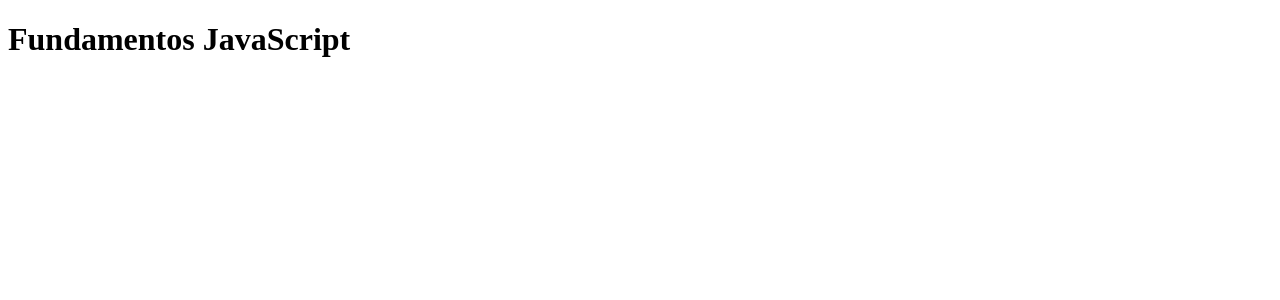
Repository: Kevin8548/FundamentosJS
Page: index.html
These files come from the project's save history. The page is drawn as it stood at one moment and after the next save; the edit follows.
The browser window is 1280 px wide. The pictures show the whole page.

Above is the page before, as saved 2024-09-20 09:26:53.

### index.html
<!DOCTYPE html>
<html lang="en">
<head>
    <meta charset="UTF-8">
    <meta name="viewport" content="width=device-width, initial-scale=1.0">
    <title>Fundamentos JavaScript</title>
</head>
<body>
    <h1>Fundamentos JavaScript</h1>
    <script src="./app.js"></script>
</body>
</html>

### app.js
console.log("Hello World!");
alert("Hello World!");

After the next save:
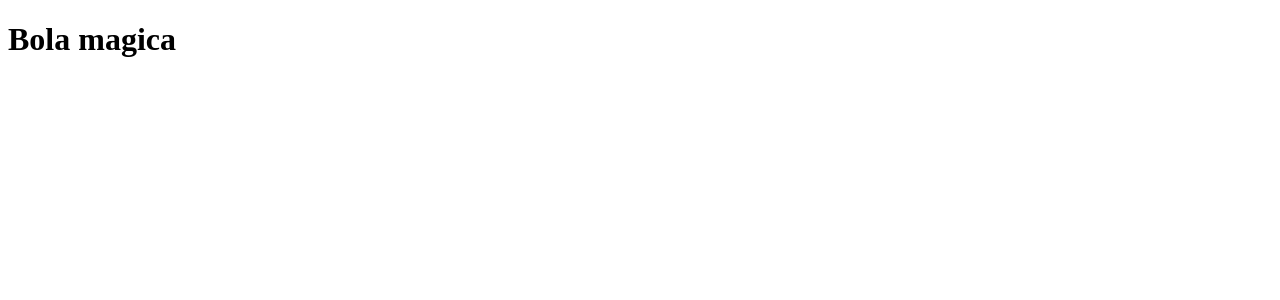
Saved 3 min 27 s later.
--- a/index.html
+++ b/index.html
@@ -6,7 +6,9 @@
     <title>Fundamentos JavaScript</title>
 </head>
 <body>
-    <h1>Fundamentos JavaScript</h1>
+    <div>
+        <h1>Bola magica</h1>
+    </div>
     <script src="./app.js"></script>
 </body>
 </html>
